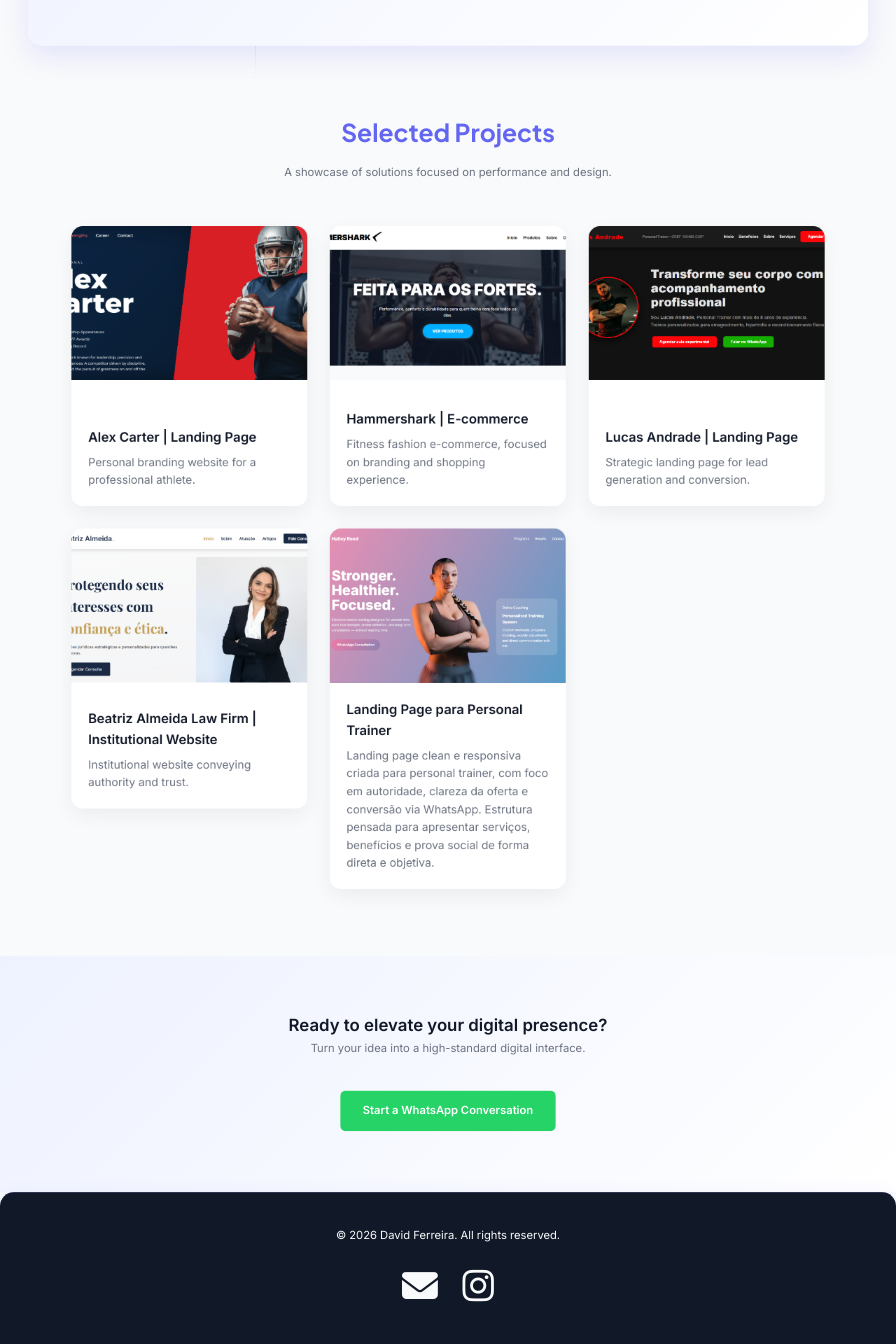
Repository: davidfsillva/portifolio
Page: index.html
These files come from the project's save history. The page is drawn as it stood at one moment and after the next save; the edit follows.
The browser window is 1280 px wide. The pictures show the part of the page from y = 1160 to 3080 px (the page is 3080 px tall before and 3064 px after), at 70% of full size.

Above is the page before, as saved 2026-02-13 13:23:03.
Console error: TypeError: Cannot read properties of null (reading 'addEventListener')

### index.html
<!DOCTYPE html>
<html lang="en">
<head>
    <meta charset="UTF-8">
    <meta name="viewport" content="width=device-width, initial-scale=1.0">

    <title>David Ferreira | Front-end Developer & Premium UI Designer</title>

    <!-- Primary SEO -->
    <meta name="description" content="David Ferreira is a front-end developer specialized in premium interfaces, high-conversion landing pages, and modern digital experiences.">
    <meta name="keywords" content="Front-end Developer, Web Designer, UI Designer, Landing Page, Web Development, Freelancer Brazil">
    <meta name="author" content="David Ferreira">
    <meta name="robots" content="index, follow">
    <link rel="canonical" href="https://yourdomain.com/">

    <!-- Open Graph (Facebook, LinkedIn) -->
    <meta property="og:title" content="David Ferreira | Premium Front-end Developer">
    <meta property="og:description" content="High-standard digital interfaces focused on performance and conversion.">
    <meta property="og:image" content="https://yourdomain.com/preview.jpg">
    <meta property="og:url" content="https://yourdomain.com/">
    <meta property="og:type" content="website">

    <!-- Twitter Card -->
    <meta name="twitter:card" content="summary_large_image">
    <meta name="twitter:title" content="David Ferreira | Web Developer">
    <meta name="twitter:description" content="Premium web development focused on performance and modern design.">
    <meta name="twitter:image" content="https://yourdomain.com/preview.jpg">

    <!-- Favicon -->
    <link rel="icon" href="favicon.ico" type="image/x-icon">

    <!-- Fonts -->
    <link href="https://fonts.googleapis.com/css2?family=Inter:wght@300;400;600&family=Plus+Jakarta+Sans:wght@700;800&display=swap" rel="stylesheet">

    <!-- Font Awesome -->
    <link rel="stylesheet" href="https://cdnjs.cloudflare.com/ajax/libs/font-awesome/6.5.0/css/all.min.css" integrity="sha512-..." crossorigin="anonymous" referrerpolicy="no-referrer" />

    <link rel="stylesheet" href="style.css">
</head>

<body>

    <!-- NAVBAR -->
    <nav class="navbar">
        <div class="logo"><a href="#">David | Web Developer<span>.</span></a></div>

        <ul class="nav-links">
            <li><a href="#about">About</a></li>
            <li><a href="#portfolio">Projects</a></li>
            <li><a href="#contact" class="btn-sm">Contact</a></li>
        </ul>
    </nav>

    <!-- HERO -->
    <section class="hero">
        <div class="hero-content">
            <h1>Creating high-level digital <span> with code experiences</span></h1>
            <p>Front-end developer specialized in high-standard interfaces and landing pages focused on results.</p>
            <div class="hero-btns">
                <a href="#portfolio" class="btn-primary">See Projects</a>
                <a href="#contact" class="btn-secondary">Let's Talk</a>
            </div>
        </div>
        <div class="hero-visual">
            <div class="hero-glow"></div>
        </div>
    </section>

    <!-- ABOUT -->
    <section id="about" class="section">
        <h2>About Me</h2>
        <p>I'm David Ferreira, a Front-end developer focused on creating modern, functional websites with premium interfaces. I work with HTML, CSS, JavaScript, and React, prioritizing performance, design, and user experience.</p>
        <p>My goal is to help businesses and professionals stand out digitally through websites that convey trust and deliver real results.</p>
    </section>

    <!-- PORTFOLIO -->
    <section id="portfolio" class="portfolio">
        <div class="section-header">
            <h2>Selected Projects</h2>
            <p>A showcase of solutions focused on performance and design.</p>
        </div>
        <div class="portfolio-grid">
            <!-- Project 1 -->
            <a href="https://davidfsillva.github.io/Alex-Carter/" target="_blank" class="project-link">
                <div class="project-card">
                    <div class="card-image">
                        <img src="img/alex.png" alt="Alex Carter Project">
                        <div class="card-overlay"><span>View Details</span></div>
                    </div>
                    <div class="card-info">
                        <h3>Alex Carter | Landing Page</h3>
                        <p>Personal branding website for a professional athlete.</p>
                    </div>
                </div>
            </a>

            <!-- Project 2 -->
            <a href="https://davidfsillva.github.io/e-hammershark/" target="_blank" class="project-link">
                <div class="project-card">
                    <div class="card-image">
                        <img src="img/ecomerce.png" alt="Hammershark Project">
                        <div class="card-overlay"><span>View Details</span></div>
                    </div>
                    <div class="card-info">
                        <h3>Hammershark | E-commerce</h3>
                        <p>Fitness fashion e-commerce, focused on branding and shopping experience.</p>
                    </div>
                </div>
            </a>

            <!-- Project 3 -->
            <a href="https://davidfsillva.github.io/landing-page/" target="_blank" class="project-link">
                <div class="project-card">
                    <div class="card-image">
                        <img src="img/landingpage.png" alt="Landing Page Project">
                        <div class="card-overlay"><span>View Details</span></div>
                    </div>
                    <div class="card-info">
                        <h3>Lucas Andrade | Landing Page</h3>
                        <p>Strategic landing page for lead generation and conversion.</p>
                    </div>
                </div>
            </a>

            <!-- Project 4 -->
            <a href="https://davidfsillva.github.io/beatriz-almeida-adv/" target="_blank" class="project-link">
                <div class="project-card">
                    <div class="card-image">
                        <img src="img/adv.png" alt="Beatriz Almeida Law Firm Project">
                        <div class="card-overlay"><span>View Details</span></div>
                    </div>
                    <div class="card-info">
                        <h3>Beatriz Almeida Law Firm | Institutional Website</h3>
                        <p>Institutional website conveying authority and trust.</p>
                    </div>
                </div>
            </a>

                        <!-- Project 5 -->
            <a href="https://davidfsillva.github.io/Hailey-Reed-Coaching/" target="_blank" class="project-link">
                <div class="project-card">
                    <div class="card-image">
                        <img src="img/Hailey.png" alt="Beatriz Almeida Law Firm Project">
                        <div class="card-overlay"><span>View Details</span></div>
                    </div>
                    <div class="card-info">
                        <h3>Landing Page para Personal Trainer</h3>
                        <p>Landing page clean e responsiva criada para personal trainer, com foco em autoridade, clareza da oferta e conversão via WhatsApp. Estrutura pensada para apresentar serviços, benefícios e prova social de forma direta e objetiva.</p>
                    </div>
                </div>
            </a>
        </div>
    </section>

    <!-- CTA / CONTACT -->
    <section id="contact" class="cta-section">
        <h2>Ready to elevate your digital presence?</h2>
        <p>Turn your idea into a high-standard digital interface.</p>
        <a href="https://wa.me/5511990242453" target="_blank" class="btn-whatsapp">Start a WhatsApp Conversation</a>
    </section>

    <!-- FOOTER -->
    <footer>
        <div class="footer-content">
            <p>&copy; 2026 David Ferreira. All rights reserved.</p>
            <div class="social-links">
                <a href="mailto:davidfsillva@icloud.com" target="_blank" rel="noopener noreferrer"><i class="fa-solid fa-envelope"></i></a>
                <a href="https://www.instagram.com/david_websites?igsh=MWdmZWJ3MW80N3JsNQ==" target="_blank" rel="noopener noreferrer"><i class="fa-brands fa-instagram"></i></a>
            </div>
        </div>
    </footer>

    <script src="scripts.js"></script>
</body>
</html>

### style.css
:root {
  --primary: #6366f1;
  --primary-light: #818cf8;
  --accent: #a855f7;
  --text-dark: #111827;
  --text-light: #6b7280;
  --bg-light: #f9fafb;
  --white: #ffffff;
  --transition: all 0.3s ease;
}

/* RESET */
* {
  margin: 0;
  padding: 0;
  box-sizing: border-box;
}

html {
  scroll-behavior: smooth;   /* já tinha */
  scroll-padding-top: 70px; /* ajuste esse valor para altura da navbar */
}


body {
  font-family: 'Inter', sans-serif;
  background: var(--bg-light);
  color: var(--text-dark);
  line-height: 1.6;
  animation: fadePage 0.8s ease-in-out;
}

@keyframes fadePage {
  from { opacity: 0; transform: translateY(10px); }
  to { opacity: 1; transform: translateY(0); }
}

/* NAVBAR */
.navbar {
  position: fixed;
  width: 100%;
  top: 0;
  padding: 1.5rem 8%;
  display: flex;
  justify-content: space-between;
  align-items: center;
  background: rgba(255,255,255,0.85);
  backdrop-filter: blur(12px);
  box-shadow: 0 4px 20px rgba(0,0,0,0.05);
  z-index: 1000;
  transition: var(--transition);
}

.logo {
  font-family: 'Plus Jakarta Sans', sans-serif;
  font-weight: 800;
  font-size: 1.5rem;
}

.logo a {
  text-decoration: none;   /* remove o sublinhado */
  color: var(--text-dark); /* cor principal da logo */
  font-weight: 800;
  font-size: 1.5rem;
}

.logo a span {
  color: var(--primary);   /* deixa apenas o ponto colorido */
}


.logo span {
  color: var(--primary);
}

.nav-links {
  display: flex;
  list-style: none;
  gap: 2rem;
}

.nav-links a {
  text-decoration: none;
  color: var(--text-light);
  font-weight: 500;
  transition: var(--transition);
}

.nav-links a:hover {
  color: var(--primary);
  transform: translateY(-2px);
}

/* HERO */
.hero {
  min-height: 100vh;
  padding: 120px 8% 80px; /* aumentei de 60px para 80px */
  display: flex;
  align-items: center;
  justify-content: space-between;
  background: linear-gradient(135deg, #eef2ff, #ffffff);
  flex-wrap: wrap;
}

.hero-content {
  max-width: 600px;
  animation: heroFade 1s ease 0.2s both;
}

@keyframes heroFade {
  from { opacity: 0; transform: translateY(40px); }
  to { opacity: 1; transform: translateY(0); }
}

.badge {
  display: inline-block;
  padding: 0.5rem 1rem;
  background: rgba(99,102,241,0.1);
  color: var(--primary);
  border-radius: 20px;
  font-size: 0.8rem;
  font-weight: 600;
  margin-bottom: 1.5rem;
}

.hero h1 {
  font-family: 'Plus Jakarta Sans', sans-serif;
  font-size: clamp(2rem, 5vw, 3.5rem);
  line-height: 1.2;
  margin-bottom: 1.5rem;
}

.hero h1 span {
  background: linear-gradient(90deg, var(--primary), var(--accent));
  -webkit-background-clip: text;
  -webkit-text-fill-color: transparent;
}

.hero p {
  font-size: 1.1rem;
  color: var(--text-light);
  margin-bottom: 2rem;
}

/* BUTTONS */
.btn-primary,
.btn-secondary,
.btn-whatsapp {
  display: inline-block;
  padding: 0.9rem 2rem;
  border-radius: 8px;
  text-decoration: none;
  font-weight: 600;
  transition: all 0.3s ease;
  position: relative;
  overflow: hidden;
}

.btn-primary {
  background: linear-gradient(90deg, var(--primary), var(--accent));
  color: white;
  box-shadow: 0 10px 25px rgba(99,102,241,0.3);
}

.btn-primary:hover {
  transform: translateY(-4px) scale(1.03);
}

.btn-primary:active {
  transform: scale(0.96);
}

.btn-primary::after {
  content: "";
  position: absolute;
  width: 200%;
  height: 200%;
  background: radial-gradient(circle, rgba(255,255,255,0.4), transparent 60%);
  top: -50%;
  left: -50%;
  opacity: 0;
  transition: opacity 0.4s ease;
}

.btn-primary:hover::after {
  opacity: 1;
}

.btn-secondary {
  border: 1px solid #e5e7eb;
  color: var(--text-dark);
  margin-left: 1rem;
  box-shadow: 0 5px 25px rgba(99,102,241,0.3);

}

.btn-secondary:hover {
  background: #f3f4f6;
  transform: translateY(-4px);
}

.btn-secondary:active {
  transform: scale(0.96);
}

.btn-whatsapp {
  background: linear-gradient(90deg, #25d366, #1ebe57);
  color: white;
  padding: 1rem 2rem;
  border-radius: 8px;
  font-weight: 600;
  transition: var(--transition);
}

.btn-whatsapp:hover {
  transform: translateY(-3px) scale(1.03);
  box-shadow: 0 8px 20px rgba(37,211,102,0.4);
}

.btn-whatsapp:active {
  transform: scale(0.96);
}

.hero-btns {
  display: flex;
  flex-wrap: wrap;
}

#about {
  text-align: center;
  max-width: 1200px;
  margin: 4rem auto 0; /* adiciona mais distância do Hero */
  padding: 6rem 8%;
  background: linear-gradient(135deg, #eef2ff 0%, #ffffff 100%);
  border-radius: 20px;
  box-shadow: 0 15px 40px rgba(99,102,241,0.15);
  position: relative;
  overflow: hidden;
}

#about::before {
  content: "";
  position: absolute;
  width: 200px;
  height: 200px;
  background: radial-gradient(circle, rgba(163,155,253,0.2), transparent 70%);
  top: -50px;
  right: -50px;
  border-radius: 50%;
  z-index: 0;
  animation: pulseGlow 6s infinite ease-in-out;
}

#about h2 {
  font-family: 'Plus Jakarta Sans', sans-serif;
  font-size: clamp(2rem, 4vw, 2.5rem);
  margin-bottom: 2rem;
  position: relative;
  z-index: 1;
  background: linear-gradient(90deg, var(--primary), var(--accent));
  -webkit-background-clip: text;
  -webkit-text-fill-color: transparent;
}

#about p {
  font-size: 1.05rem;
  line-height: 1.9;
  color: var(--text-dark);
  margin-bottom: 1.8rem;
  position: relative;
  z-index: 1;
  opacity: 0;
  transform: translateY(20px);
  animation: fadeUp 1s forwards;
  animation-delay: 0.3s;
}

/* Animação suave */
@keyframes fadeUp {
  to {
    opacity: 1;
    transform: translateY(0);
  }
}



/* HERO VISUAL */
.hero-visual {
  flex: 1;
  min-height: 400px;
  display: flex;
  justify-content: center;
  align-items: center;
}

.hero-glow {
  width: 380px;
  height: 380px;
  background: url('img/dashboard.png') no-repeat center center;
  background-size: contain;
  animation: float-rotate 8s ease-in-out infinite;
}

@keyframes float-rotate {
  0%   { transform: translateY(0px) rotate(0deg); }
  50%  { transform: translateY(-10px) rotate(3deg); }
  100% { transform: translateY(0px) rotate(0deg); }
}

/* PORTFOLIO */
.portfolio {
  padding: 6rem 8%;
}

.section-header {
  text-align: center;
  margin-bottom: 4rem;
}

.section-header h2 {
  font-family: 'Plus Jakarta Sans', sans-serif;
  font-size: 2.2rem;
  margin-bottom: 1rem;
  color: var(--primary)
}

.section-header p {
  color: var(--text-light);
}

.portfolio-grid {
  display: grid;
  grid-template-columns: repeat(auto-fit, minmax(280px, 1fr));
  gap: 2rem;
}

.project-card {
  display: flex;
  flex-direction: column;
  justify-content: space-between; /* força a separação entre imagem e texto */
  background: var(--white);
  border-radius: 16px;
  overflow: hidden;
  box-shadow: 0 10px 30px rgba(0,0,0,0.06);
  cursor: pointer;
  transition: transform 0.4s ease, box-shadow 0.4s ease;
  will-change: transform;

  min-height: 400px; /* define altura mínima igual para todos */
}


.project-card:hover {
  transform: translateY(-12px) scale(1.03);
  box-shadow: 0 25px 50px rgba(99,102,241,0.2);
}

.card-image {
  position: relative;
  overflow: hidden;
}

.card-image img {
  width: 100%;
  height: 220px;
  object-fit: cover;
  display: block;
  transition: transform 0.6s ease;
}

.project-card:hover .card-image img {
  transform: scale(1.08);
}

.card-overlay {
  position: absolute;
  inset: 0;
  background: rgba(99,102,241,0.8);
  display: flex;
  justify-content: center;
  align-items: center;
  color: white;
  font-weight: 600;
  opacity: 0;
  transition: opacity 0.4s ease;
}

.project-card:hover .card-overlay {
  opacity: 1;
}

.card-info {
  padding: 1.5rem;
}

.card-info h3 {
  margin-bottom: 0.5rem;
}

.card-info p {
  color: var(--text-light);
}

.project-link {
  text-decoration: none;
  color: inherit;
  display: block;
}


/* CTA */
.cta-section {
  padding: 5rem 8%;
  text-align: center;
  background: linear-gradient(135deg, #eef2ff, #ffffff);
}

/* FOOTER */
footer {
  padding: 3rem 5%;
  background: #111827; /* leve gradiente */
  border-top: 1px solid rgba(99,102,241,0.2); /* linha discreta */
  text-align: center;
  border-radius: 20px 20px 0 0;
  box-shadow: 0 -4px 20px rgba(99,102,241,0.05);
}

.footer-content {
  display: flex;
  flex-direction: column;
  align-items: center;
  gap: 1.5rem; /* aumenta espaço entre elementos */
}

.footer-content p {
  color: var(--bg-light);
  font-weight: 450;
  font-size: 1rem;
}

.social-links {
  display: flex;
  gap: 1rem; /* distância entre ícones */
}

.social-links a {
  color: var(--bg-light);
  padding: 0.6rem;
  border-radius: 30%; /* círculo perfeito */
  font-size: 3.2rem;
  display: flex;
  justify-content: center;
  align-items: center;
  transition: all 0.3s ease;
  text-decoration: none;
}

.social-links a:hover {
  transform: translateY(-3px) scale(1.1);
  color: var(--bg-light);
}


.cta-section p {
  color: var(--text-light);
  margin-bottom: 2.5rem; /* aumenta espaço abaixo do texto */
}

.btn-whatsapp {
  display: inline-block;
  background: #25d366;
  color: white;
  padding: 1rem 2rem;
  border-radius: 8px;
  text-decoration: none;
  font-weight: 600;
  transition: var(--transition);
  margin-top: 0.5rem; /* pequeno respiro extra */
}


/* MODAL */
.modal-overlay {
  position: fixed;
  inset: 0;
  background: rgba(0,0,0,0.6);
  display: none;
  justify-content: center;
  align-items: center;
  padding: 2rem;
  z-index: 2000;
}

.modal-content {
  background: white;
  width: 100%;
  max-width: 900px;
  border-radius: 20px;
  overflow: hidden;
  animation: modalZoom 0.4s cubic-bezier(.23,1,.32,1);
  position: relative;
}

@keyframes modalZoom {
  from { opacity: 0; transform: scale(0.85) translateY(20px); }
  to { opacity: 1; transform: scale(1) translateY(0); }
}

.modal-body {
  display: grid;
  grid-template-columns: 1fr 1fr;
}

.modal-img {
  min-height: 300px;
  background-size: cover !important;
}

.modal-text {
  padding: 2rem;
}

.close-modal {
  position: absolute;
  top: 20px;
  right: 25px;
  background: none;
  border: none;
  font-size: 2rem;
  cursor: pointer;
  transition: transform 0.3s ease;
}

.close-modal:hover {
  transform: rotate(90deg);
}

/* RESPONSIVO */
/* =====================
   RESPONSIVIDADE
===================== */

/* Para telas até 900px */
@media (max-width: 900px) {
  html, body {
    overflow-x: hidden; /* remove rolagem lateral */
  }

  .hero {
    flex-direction: column;
    text-align: center;
    padding: 100px 5% 60px; /* garante espaçamento interno */
    width: 100%; /* força largura total */
  }

  .hero-left,
  .hero-right,
  .hero-visual {
    width: 100%;
    max-width: 100%;
    margin: 0 auto; /* centraliza horizontalmente */
  }

  .hero-btns {
    display: flex;
    justify-content: center;
    align-items: center;
    gap: 1rem;
    flex-wrap: wrap;
    margin: 0 auto;
  }

  .hero-btns a {
    margin: 0; /* remove margens extras que possam deslocar os botões */
  }

  .portfolio,
  .cta-section {
    padding: 4rem 5%;
    width: 100%;
    max-width: 100%;
    margin: 0 auto;
  }
}

/* Para telas até 600px */
@media (max-width: 600px) {
  html, body {
    overflow-x: hidden; /* garante sem scroll lateral */
  }

  .navbar {
    padding: 1rem 5%;
    width: 100%;
    max-width: 100%;
    margin: 0 auto;
  }

  .nav-links {
    display: none;
  }

  .hero {
    padding: 80px 5% 40px;
    width: 100%;
  }

  .hero-btns {
    justify-content: center;
    gap: 1rem;
    flex-wrap: wrap;
  }

  .portfolio,
  .cta-section {
    padding: 3rem 5%;
  }

  footer {
    padding: 2rem 5%;
    width: 100%;
  }

  .footer-content {
    flex-direction: column;
    text-align: center;
    width: 100%;
  }

  .social-links a {
    margin: 0 0.5rem;
  }

  /* imagens e vídeos dentro do hero */
  .hero img,
  .hero video {
    max-width: 100%;
    height: auto;
    display: block;
    margin: 0 auto;
  }
}

### scripts.js
// =============================
// NAVBAR SCROLL EFFECT
// =============================
const navbar = document.querySelector(".navbar");

window.addEventListener("scroll", () => {
  if (window.scrollY > 50) {
    navbar.style.padding = "1rem 8%";
    navbar.style.boxShadow = "0 8px 25px rgba(0,0,0,0.08)";
  } else {
    navbar.style.padding = "1.5rem 8%";
    navbar.style.boxShadow = "0 4px 20px rgba(0,0,0,0.05)";
  }
});

// =============================
// MODAL FUNCTIONALITY
// =============================
const modal = document.querySelector(".modal-overlay");
const modalImg = document.querySelector(".modal-img");
const modalTitle = document.querySelector(".modal-text h3");
const modalDesc = document.querySelector(".modal-text p");
const closeModal = document.querySelector(".close-modal");

const projectCards = document.querySelectorAll(".project-card");

projectCards.forEach(card => {
  card.addEventListener("click", () => {
    const title = card.querySelector("h3").innerText;
    const desc = card.querySelector("p").innerText;
    const img = card.querySelector("img").src;

    modalTitle.innerText = title;
    modalDesc.innerText = desc;
    modalImg.style.backgroundImage = `url(${img})`;

    modal.style.display = "flex";
    document.body.style.overflow = "hidden";
  });
});

// Fechar modal
closeModal.addEventListener("click", () => {
  modal.style.display = "none";
  document.body.style.overflow = "auto";
});

// Fechar clicando fora
modal.addEventListener("click", (e) => {
  if (e.target === modal) {
    modal.style.display = "none";
    document.body.style.overflow = "auto";
  }
});

// Fechar com ESC
document.addEventListener("keydown", (e) => {
  if (e.key === "Escape") {
    modal.style.display = "none";
    document.body.style.overflow = "auto";
  }
});

// =============================
// SCROLL REVEAL ANIMATION
// =============================
const revealElements = document.querySelectorAll(
  ".hero-content, .project-card, .section-header, .cta-section"
);

const observer = new IntersectionObserver(
  (entries) => {
    entries.forEach(entry => {
      if (entry.isIntersecting) {
        entry.target.style.opacity = "1";
        entry.target.style.transform = "translateY(0)";
      }
    });
  },
  { threshold: 0.2 }
);

revealElements.forEach(el => {
  el.style.opacity = "0";
  el.style.transform = "translateY(40px)";
  el.style.transition = "all 0.8s ease";
  observer.observe(el);
});

// =============================
// BUTTON MICRO INTERACTION
// =============================
const buttons = document.querySelectorAll(".btn-primary, .btn-secondary, .btn-whatsapp");

buttons.forEach(btn => {
  btn.addEventListener("mouseenter", () => {
    btn.style.transform = "scale(1.05)";
  });

  btn.addEventListener("mouseleave", () => {
    btn.style.transform = "scale(1)";
  });
});

After the next save:
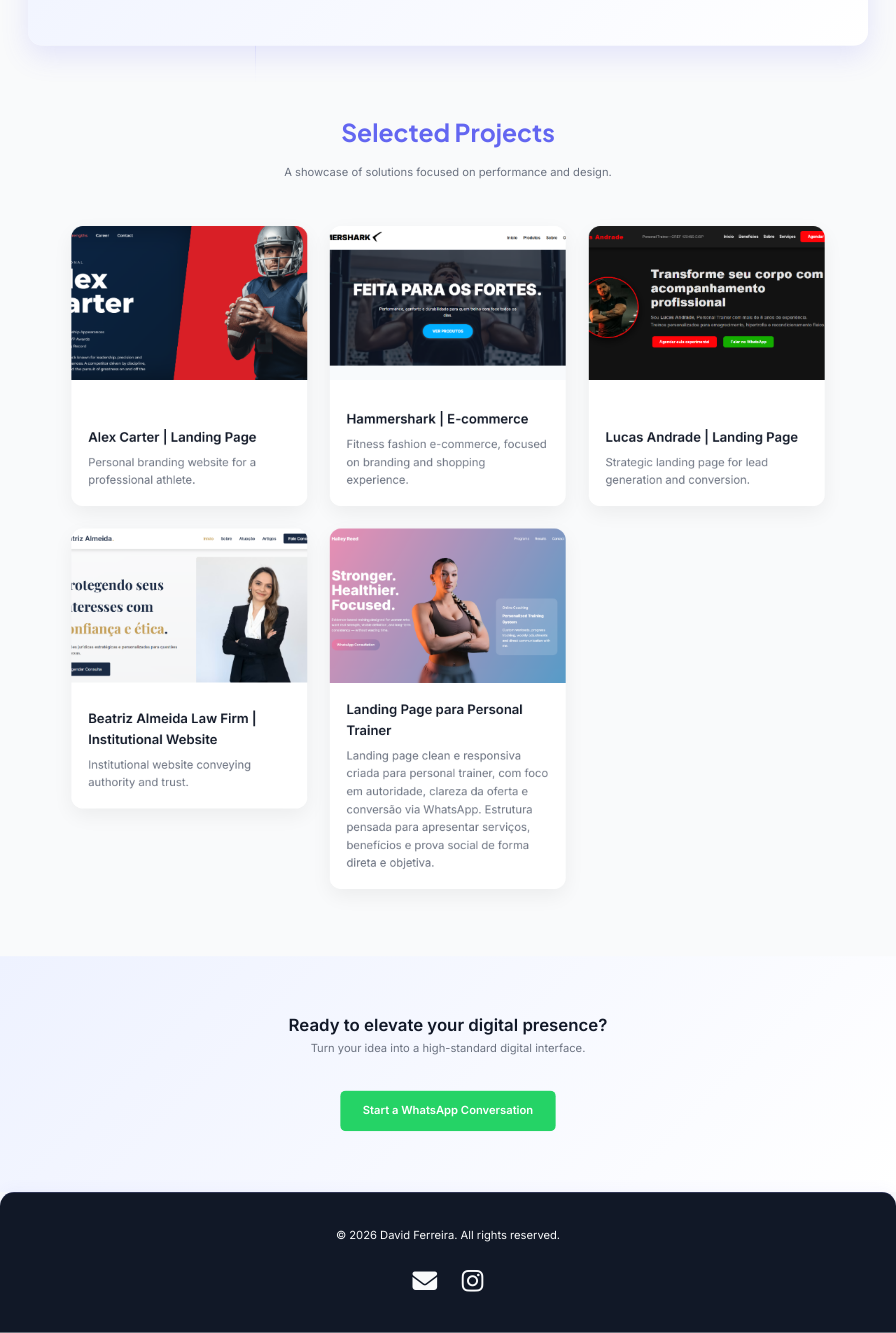
Saved 6 s later.
--- a/style.css
+++ b/style.css
@@ -448,7 +448,7 @@ footer {
   color: var(--bg-light);
   padding: 0.6rem;
   border-radius: 30%; /* círculo perfeito */
-  font-size: 3.2rem;
+  font-size: 2.2rem;
   display: flex;
   justify-content: center;
   align-items: center;
